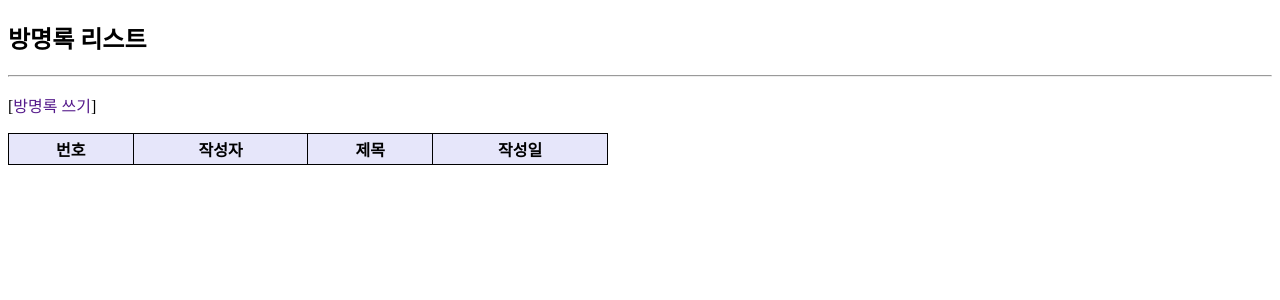
Repository: wjsjsn/23_jspstudy
Page: http://localhost/02_jsp/GuestController?cmd=list
These files come from the project's save history. The page is drawn as it stood at one moment and after the next save; the edit follows.
The browser window is 1280 px wide. The pictures show the whole page.
The page is served by Tomcat 9.

Above is the page before, as saved 2023-07-06 03:03:11.

After the next save:
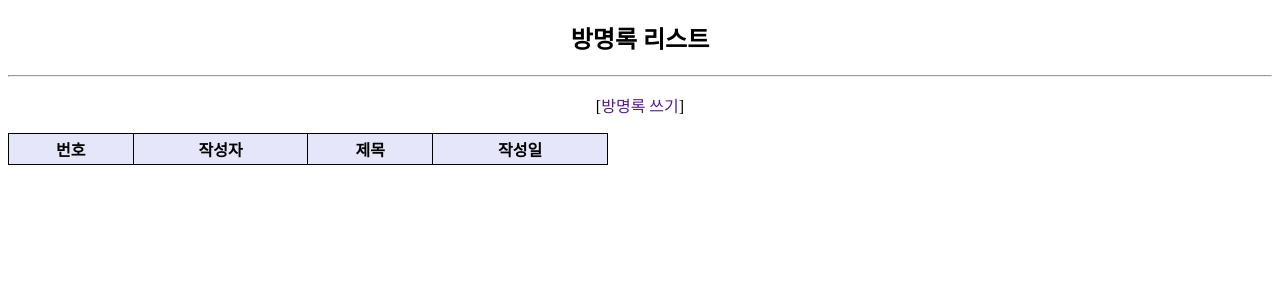
Saved 9 s later.
--- a/02_jsp/src/main/webapp/guestbook/list.jsp
+++ b/02_jsp/src/main/webapp/guestbook/list.jsp
@@ -20,6 +20,10 @@
 		border: 1px solid black;
 		padding: 3px;
 	}
+
+	div{
+		text-align: center;
+	}
 </style>
 </head>
 <body>
